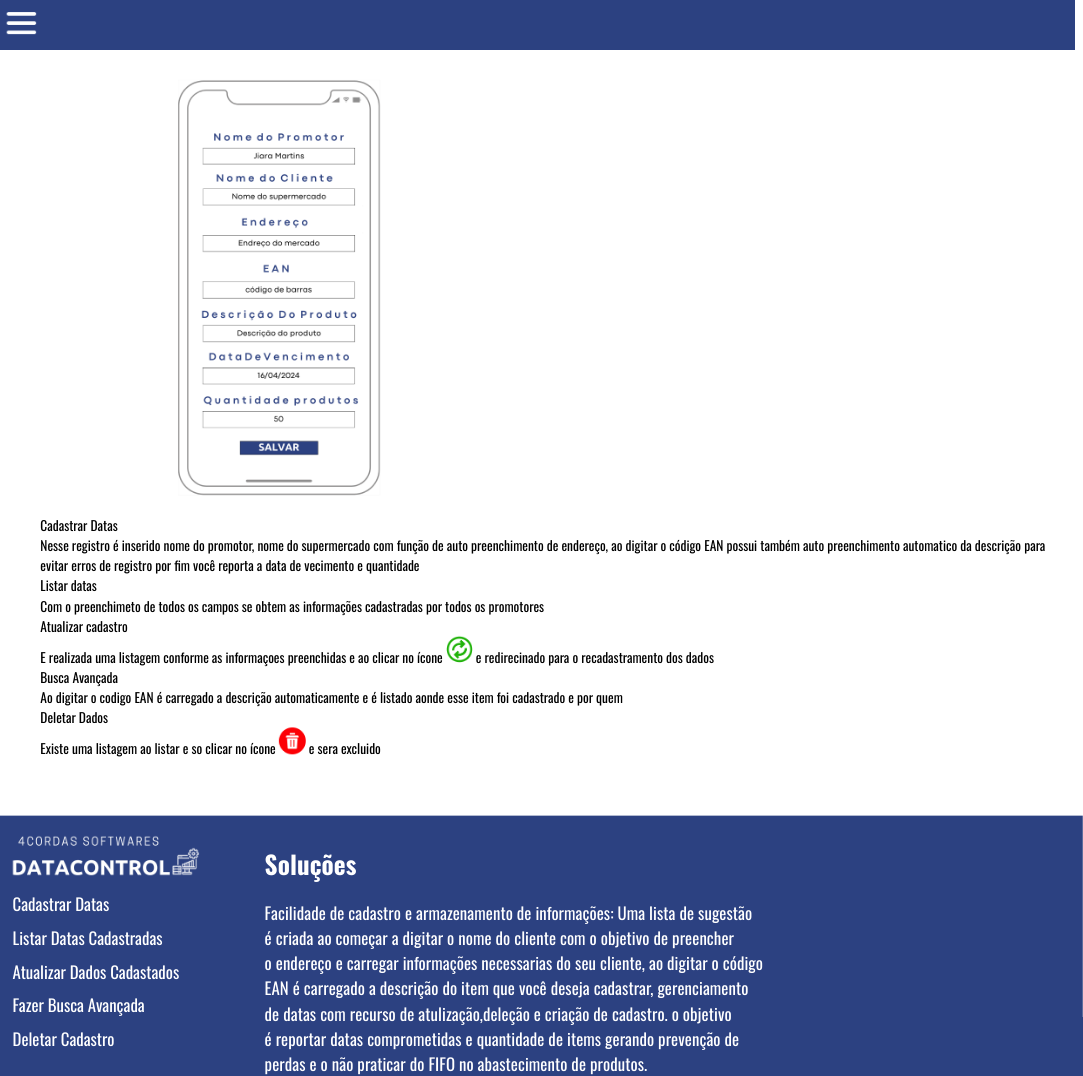
Repository: alfredo-allan/ControleDeDatasFrontEnd
Page: index.html
The author's editor kept a copy of each file at every save. The page is drawn from the files as they stood at one save, then again after the next save.
The browser window is 1280 px wide. The page is 1289 px wide, so the pictures cover 1289 px, including what lies to the right of the window. The pictures show the whole page, at 84% of full size.

Above is the page before, as saved 2024-04-30 14:28:19.
Console error: TypeError: Cannot read properties of null (reading 'addEventListener')

After the next save:
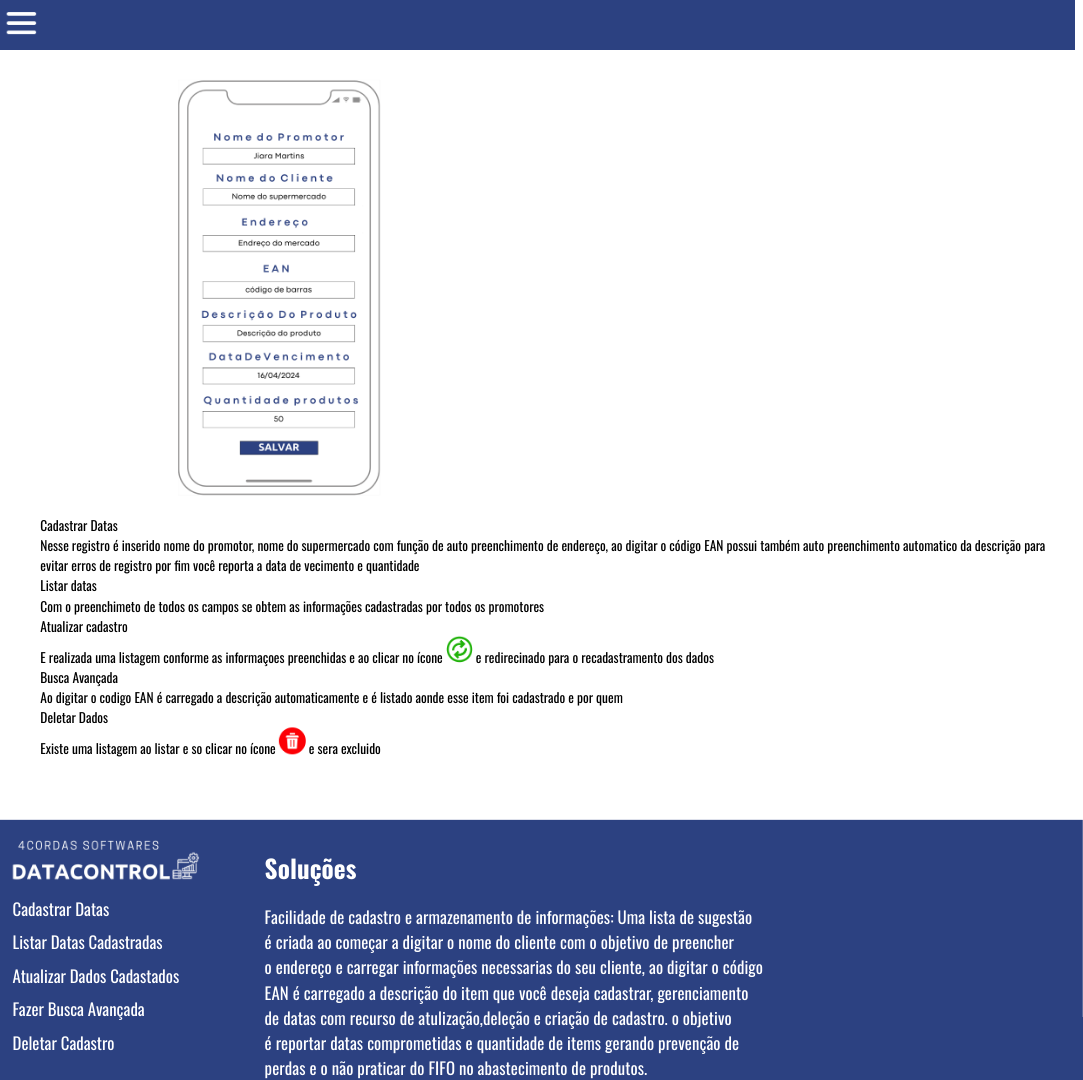
Saved 11 s later.
--- a/style/style.css
+++ b/style/style.css
@@ -449,6 +449,6 @@ button:focus {
     list-style: none;
   }
   ul {
-    margin-bottom: 5px;
-  }
-}
+    margin-bottom: 10px;
+  }
+}
